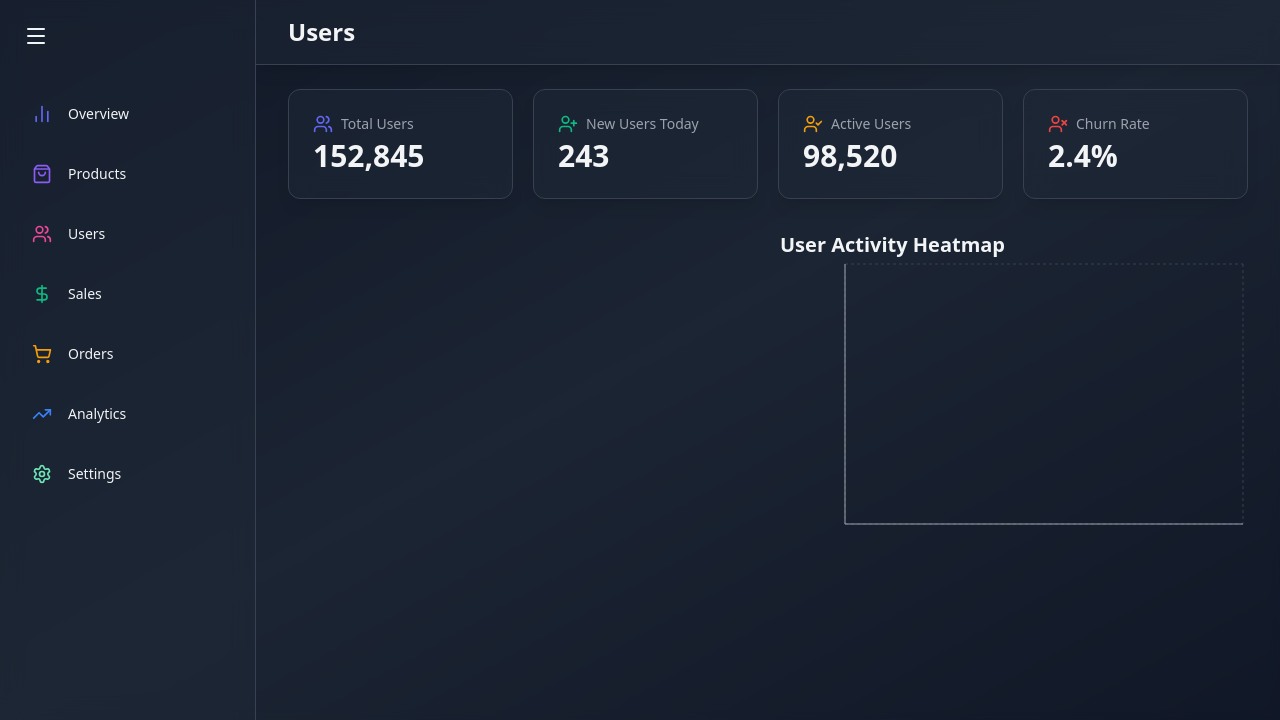
Repository: Abdirabi11/React-dashboard
Page: /users
These files come from the project's save history. The page is drawn as it stood at one moment and after the next save; the edit follows.
The browser window is 1280 px wide. The pictures show the whole page.
The project was rebuilt for these pictures with package versions that can differ from the ones it lists, and the page was loaded fresh each time. Also part of the build but not shown: vite.config.js, src/components/overview/SalesOverviewChart.jsx, src/components/overview/CategoryDistributionChart.jsx, src/components/overview/SalesChannelChart.jsx, src/pages/OverviewPage.jsx, src/components/products/SalesTrendChart.jsx, src/components/products/ProductsTable.jsx, src/pages/ProductsPage.jsx and 4 more.

Above is the page before, as saved 2025-07-18 21:06:07.

### src/components/common/Sidebar.jsx
import { BarChart2, DollarSign, Menu, Settings, ShoppingBag, ShoppingCart, TrendingUp, Users } from "lucide-react";
import { useState } from "react";
import { AnimatePresence, motion } from "framer-motion";
import { Link } from "react-router-dom";

const SIDEBAR_ITEMS = [
	{
		name: "Overview",
		icon: BarChart2,
		color: "#6366f1",
		href: "/",
	},
	{ name: "Products", icon: ShoppingBag, color: "#8B5CF6", href: "/products" },
	{ name: "Users", icon: Users, color: "#EC4899", href: "/users" },
	{ name: "Sales", icon: DollarSign, color: "#10B981", href: "/sales" },
	{ name: "Orders", icon: ShoppingCart, color: "#F59E0B", href: "/orders" },
	{ name: "Analytics", icon: TrendingUp, color: "#3B82F6", href: "/analytics" },
	{ name: "Settings", icon: Settings, color: "#6EE7B7", href: "/settings" },
];

const Sidebar = () => {
	const [isSidebarOpen, setIsSidebarOpen] = useState(true);

	return (
		<motion.div
			className={`relative z-10 transition-all duration-300 ease-in-out flex-shrink-0 ${
				isSidebarOpen ? "w-64" : "w-20"
			}`}
			animate={{ width: isSidebarOpen ? 256 : 80 }}
		>
			<div className='h-full bg-gray-800 bg-opacity-50 backdrop-blur-md p-4 flex flex-col border-r border-gray-700'>
				<motion.button
					whileHover={{ scale: 1.1 }}
					whileTap={{ scale: 0.9 }}
					onClick={() => setIsSidebarOpen(!isSidebarOpen)}
					className='p-2 rounded-full hover:bg-gray-700 transition-colors max-w-fit'
				>
					<Menu size={24} />
				</motion.button>

				<nav className='mt-8 flex-grow'>
					{SIDEBAR_ITEMS.map((item) => (
						<Link key={item.href} to={item.href}>
							<motion.div className='flex items-center p-4 text-sm font-medium rounded-lg hover:bg-gray-700 transition-colors mb-2'>
								<item.icon size={20} style={{ color: item.color, minWidth: "20px" }} />
								<AnimatePresence>
									{isSidebarOpen && (
										<motion.span
											className='ml-4 whitespace-nowrap'
											initial={{ opacity: 0, width: 0 }}
											animate={{ opacity: 1, width: "auto" }}
											exit={{ opacity: 0, width: 0 }}
											transition={{ duration: 0.2, delay: 0.3 }}
										>
											{item.name}
										</motion.span>
									)}
								</AnimatePresence>
							</motion.div>
						</Link>
					))}
				</nav>
			</div>
		</motion.div>
	);
};
export default Sidebar;

### src/pages/UsersPage.jsx
import { motion } from "framer-motion";
import { UserCheck, UserPlus, UsersIcon, UserX } from "lucide-react";
import Header from "../components/common/Header";
import StatCard from "../components/common/StatCard";
import UserActivityHeatmap from "../components/users/UserActivityHeatmap";
import UserDemographicsChart from "../components/users/UserDemographicsChart";
import UserGrowthChart from "../components/users/UserGrowthChart";
import UsersTable from "../components/users/UsersTable";

const userStats = {
	totalUsers: 152845,
	newUsersToday: 243,
	activeUsers: 98520,
	churnRate: "2.4%",
};

const UsersPage = () => {
	return (
		<div className="flex-1 overflow-auto relative z-10">
			<Header title='Users'/>
			<main className="max-w-7xl mx-auto py-6 px-4 lg:px-8">
				<motion.div
				 className="grid grid-cols-1 gap-5 sm:grid-cols-2 lg:grid-cols-4 mb-8"
				 initial={{ opacity: 0, y: 20 }}
				 animate={{ opacity: 1, y: 0 }}
				 transition={{ duration: 1 }}
				>
					<StatCard
					 name='Total Users'
					 icon={UsersIcon}
					 value={userStats.totalUsers.toLocaleString()}
					 color='#6366F1'
					/>
					<StatCard name='New Users Today' icon={UserPlus} value={userStats.newUsersToday} color='#10B981' />
					<StatCard
						name='Active Users'
						icon={UserCheck}
						value={userStats.activeUsers.toLocaleString()}
						color='#F59E0B'
					/>
					<StatCard name='Churn Rate' icon={UserX} value={userStats.churnRate} color='#EF4444' />
				</motion.div>
				<UsersTable />
				<div className='grid grid-cols-1 lg:grid-cols-2 gap-6 mt-8'>
					<UserGrowthChart />
					<UserActivityHeatmap />
					<UserDemographicsChart />
				</div>
			</main>
		</div>
	);
};
export default UsersPage;

### src/components/users/UserActivityHeatmap.jsx
import { Bar, BarChart, CartesianGrid, Legend, ResponsiveContainer, Tooltip, XAxis, YAxis } from "recharts";
import { motion } from "framer-motion";

const userActivityData = [
	{ name: "Mon", "0-4": 20, "4-8": 40, "8-12": 60, "12-16": 80, "16-20": 100, "20-24": 30 },
	{ name: "Tue", "0-4": 30, "4-8": 50, "8-12": 70, "12-16": 90, "16-20": 110, "20-24": 40 },
	{ name: "Wed", "0-4": 40, "4-8": 60, "8-12": 80, "12-16": 100, "16-20": 120, "20-24": 50 },
	{ name: "Thu", "0-4": 50, "4-8": 70, "8-12": 90, "12-16": 110, "16-20": 130, "20-24": 60 },
	{ name: "Fri", "0-4": 60, "4-8": 80, "8-12": 100, "12-16": 120, "16-20": 140, "20-24": 70 },
	{ name: "Sat", "0-4": 70, "4-8": 90, "8-12": 110, "12-16": 130, "16-20": 150, "20-24": 80 },
	{ name: "Sun", "0-4": 80, "4-8": 100, "8-12": 120, "12-16": 140, "16-20": 160, "20-24": 90 },
];


const UserActivityHeatmap = () => {
  return (
    <motion.div>
        <h2 className="text-xl font-semibold text-gray-100 mb-4'"> User Activity Heatmap </h2>
        <div style={{ width: "100%", height: 300 }}>
            <ResponsiveContainer>
                <BarChart>
                    <CartesianGrid strokeDasharray='3 3' stroke='#374151' />
                    <XAxis dataKey='name' stroke='#9CA3AF' />
					<YAxis stroke='#9CA3AF' />
                    <Tooltip
                        contentStyle={{
                            backgroundColor: "rgba(31, 41, 55, 0.8)",
                            borderColor: "#4B5563",
                        }}
                        itemStyle={{ color: "#E5E7EB" }}
                    />
                </BarChart>
            </ResponsiveContainer>
        </div>
    </motion.div>
  )
}

export default UserActivityHeatmap

### src/components/users/UserDemographicsChart.jsx
import React from 'react'

const UserDemographicsChart = () => {
  return (
    <div>

    </div>
  )
}

export default UserDemographicsChart

### src/components/users/UserGrowthChart.jsx
import React from 'react'

const UserGrowthChart = () => {
  return (
    <div>

    </div>
  )
}

export default UserGrowthChart

### src/components/users/UsersTable.jsx
import React from 'react'

const UsersTable = () => {
  return (
    <div>

    </div>
  )
}

export default UsersTable

Loaded but not shown: index.html (common file); src/main.jsx (common file); src/App.jsx (common file); src/index.css (common file); src/components/common/Header.jsx (common file); src/components/common/StatCard.jsx (common file); tailwind.config.js (common file)

After the next save:
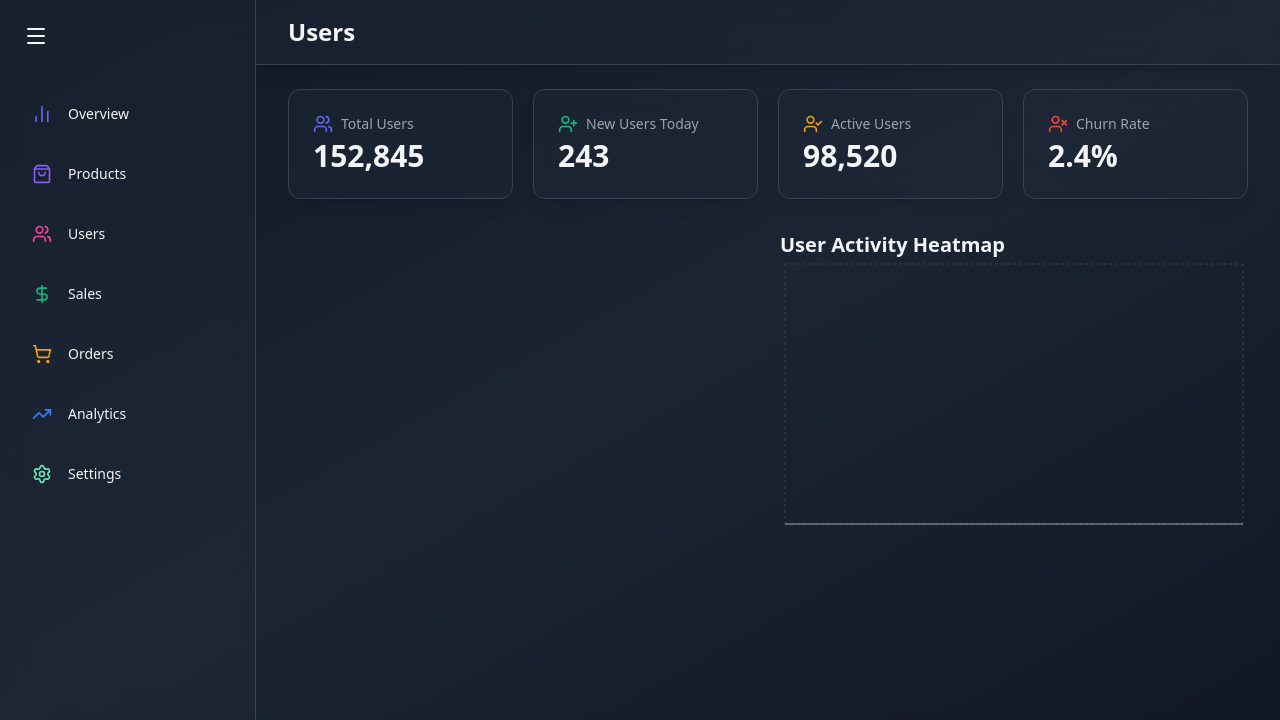
Saved 6 s later.
--- a/src/components/users/UserActivityHeatmap.jsx
+++ b/src/components/users/UserActivityHeatmap.jsx
@@ -21,7 +21,7 @@ const UserActivityHeatmap = () => {
                 <BarChart>
                     <CartesianGrid strokeDasharray='3 3' stroke='#374151' />
                     <XAxis dataKey='name' stroke='#9CA3AF' />
-					<YAxis stroke='#9CA3AF' />
+					{/* <YAxis stroke='#9CA3AF' /> */}
                     <Tooltip
                         contentStyle={{
                             backgroundColor: "rgba(31, 41, 55, 0.8)",
